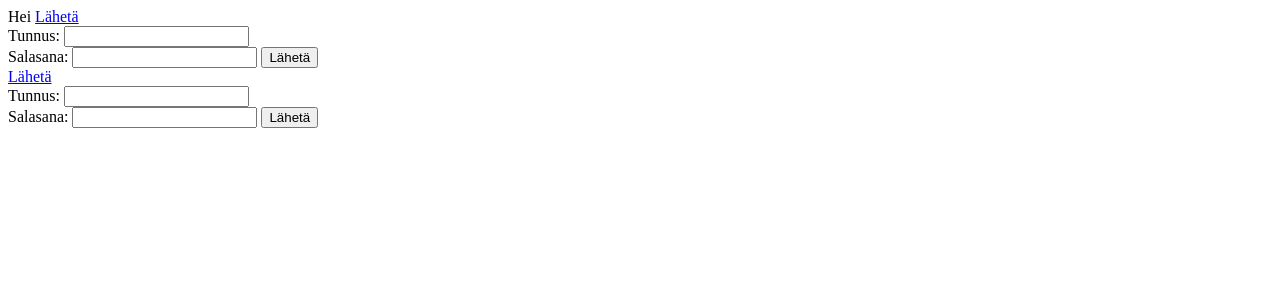
Repository: Zonkku/Valmistautuminen
Page: http://localhost/Kommunikaatio/Kysy.jsp
The author's editor kept a copy of each file at every save. The page is drawn from the files as they stood at one save, then again after the next save.
The browser window is 1280 px wide. The pictures show the whole page.
The page is served by Tomcat 9.

Above is the page before, as saved 2020-04-17 08:10:02.

### Kommunikaatio/WebContent/Kysy.jsp
<%@ page language="java" contentType="text/html; charset=ISO-8859-1"
    pageEncoding="ISO-8859-1"%>
<!DOCTYPE html>
<html>
<head>
<meta charset="ISO-8859-1">

<title>Insert title here</title>
</head>
<body>
Hei
<a href="nayta.jsp?nimi=jaska&ika=10">Lähetä</a>
<form action="nayta.jsp" method="GET">
	Tunnus: <input type="text" name="tunnus"><br>
	Salasana: <input type="password" name="pwd">
	<input type="submit" value="Lähetä">
</form>


<a href="nayta.jsp?tunnus=Sonkkuli&pwd=10">Lähetä</a>

<form action="nayta.jsp" method="GET">
	Tunnus: <input type="text" name="tunnus"><br>
	Salasana: <input type="password" name="pwd">
	<input type="submit" value="Lähetä">
</form>


</body>
</html>

After the next save:
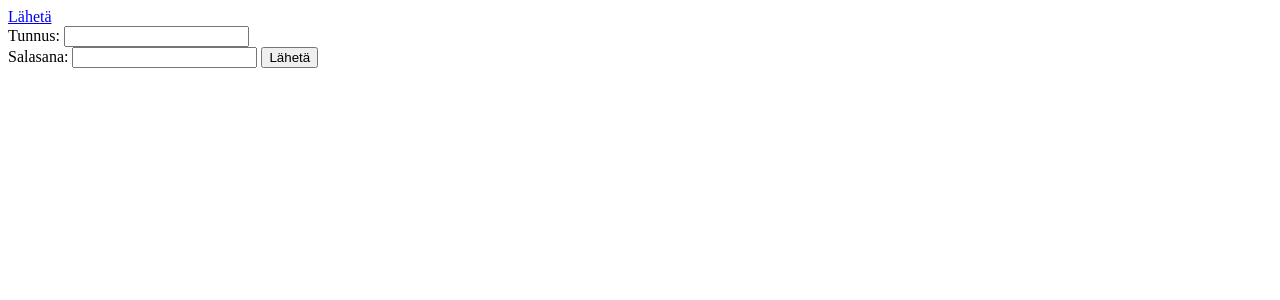
Saved 59 s later.
--- a/Kommunikaatio/WebContent/Kysy.jsp
+++ b/Kommunikaatio/WebContent/Kysy.jsp
@@ -8,14 +8,6 @@
 <title>Insert title here</title>
 </head>
 <body>
-Hei
-<a href="nayta.jsp?nimi=jaska&ika=10">Lähetä</a>
-<form action="nayta.jsp" method="GET">
-	Tunnus: <input type="text" name="tunnus"><br>
-	Salasana: <input type="password" name="pwd">
-	<input type="submit" value="Lähetä">
-</form>
-
 
 <a href="nayta.jsp?tunnus=Sonkkuli&pwd=10">Lähetä</a>
 
